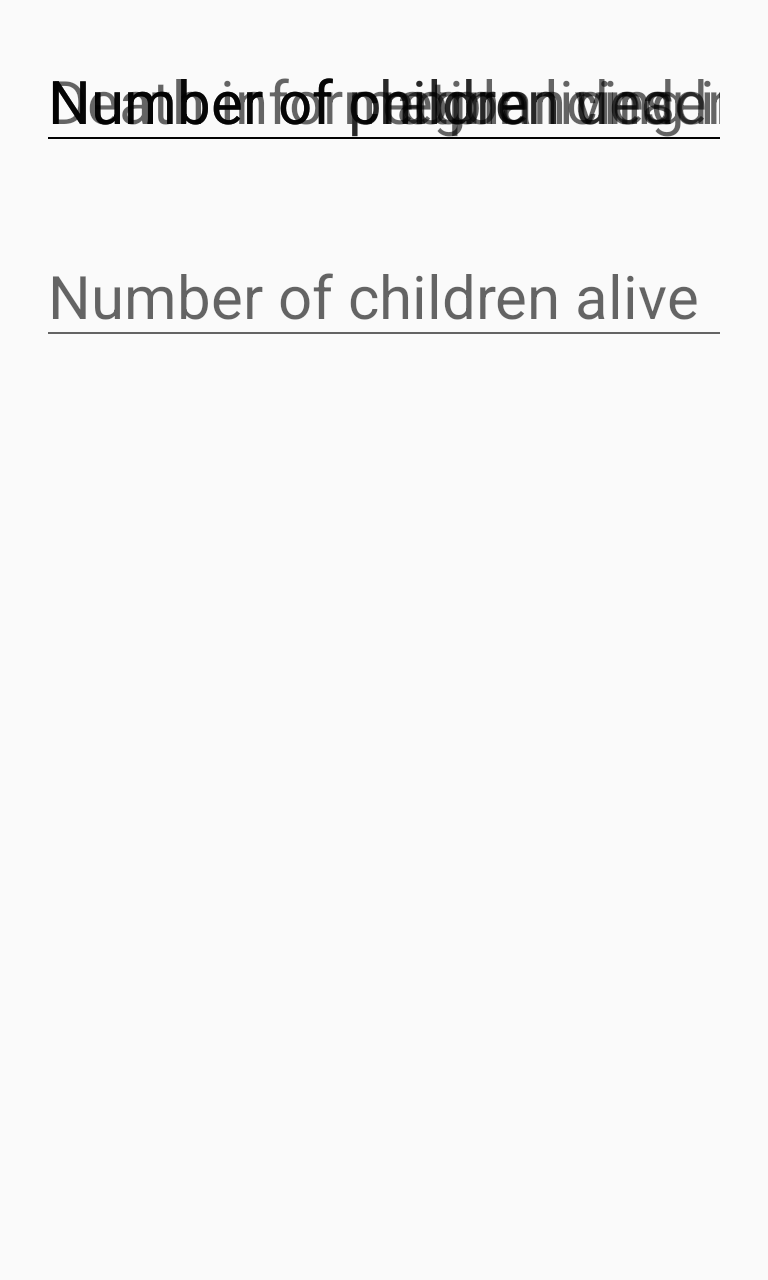
Repository: achavez812/GuatemalaProject2
Layout: GuateMedic-master/GuateMedic/res/layout/fragment_add_new_family_visit2.xml
The author's editor kept a copy of each file at every save. The layout is drawn from the files as they stood at one save, then again after the next save.
It is drawn on a 768 x 1280 px phone screen (xhdpi) without system bars, with theme AppTheme; the app's code is not run.

Above is the layout before, as saved 2014-07-02 05:33:25.

After the next save:
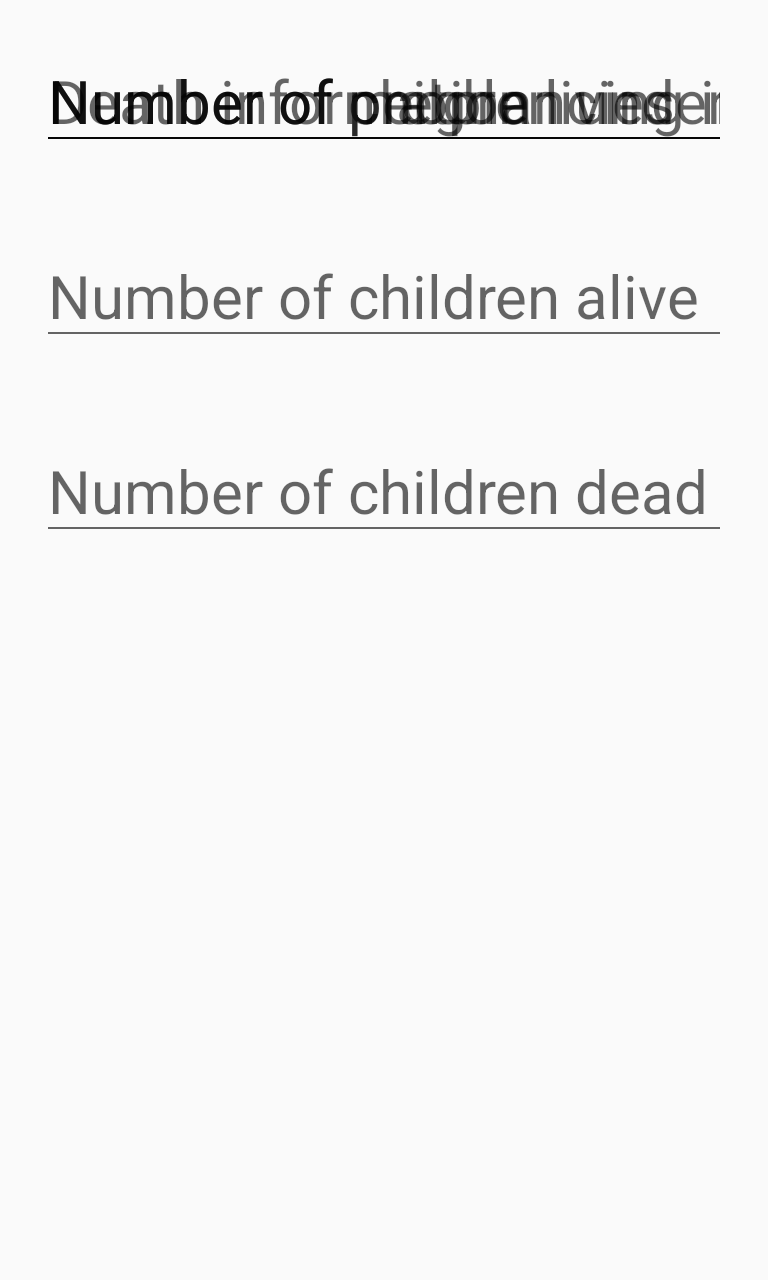
Saved 12 s later.
--- a/GuateMedic-master/GuateMedic/res/layout/fragment_add_new_family_visit2.xml
+++ b/GuateMedic-master/GuateMedic/res/layout/fragment_add_new_family_visit2.xml
@@ -29,6 +29,7 @@
         android:layout_height="wrap_content"
        	android:layout_margin="20dp"
        	android:inputType="number"
+       	android:layout_below="@+id/family_visit2_num_children_alive"
         android:hint="Number of children dead" />
    	<EditText
         android:id="@+id/family_visit2_death_information"
